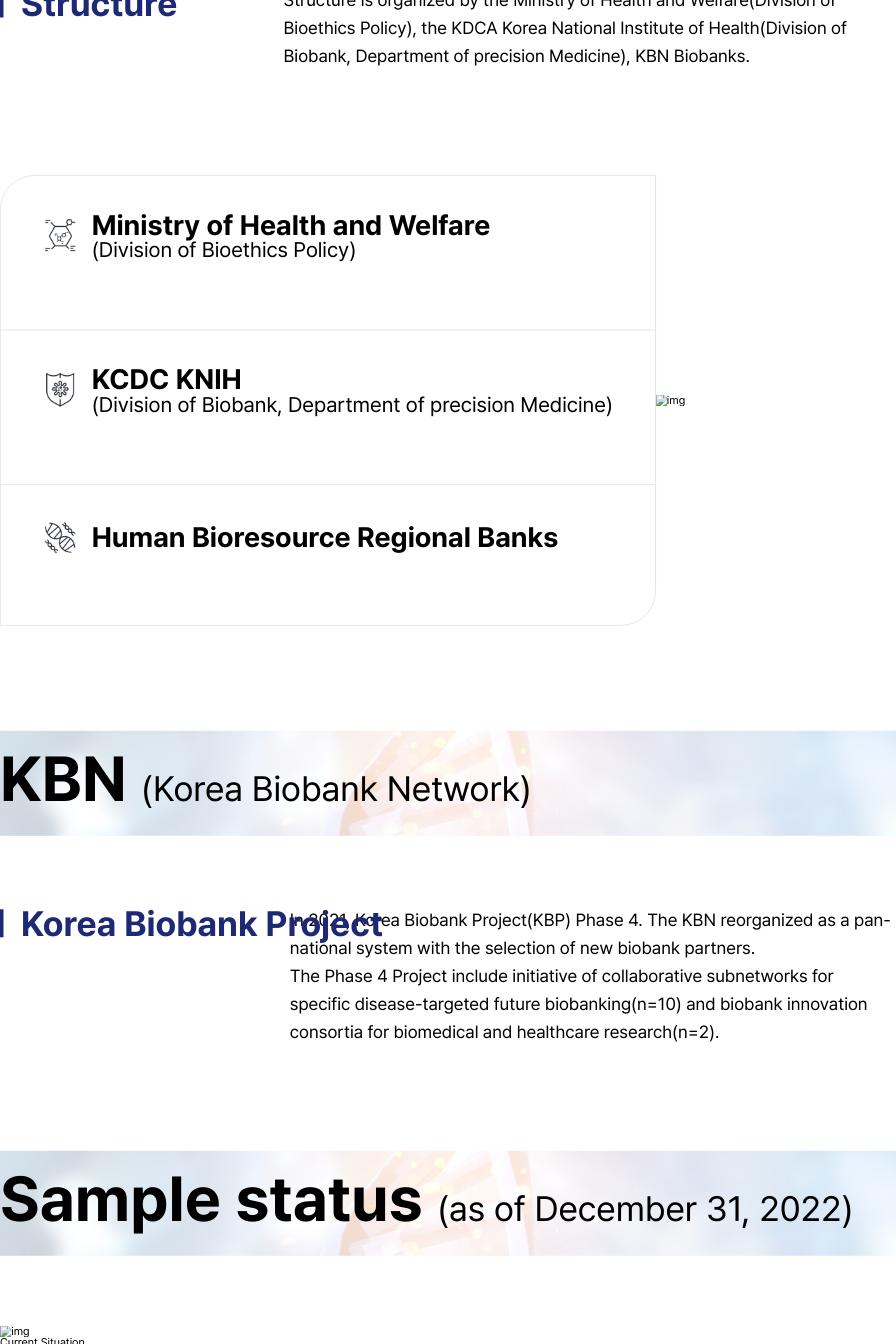
Repository: dlgywls1130/kbn_makedit
Page: index.html
An editor plug-in stored every save of this project. The page is shown before and after the next save, followed by the edit.
The browser window is 1280 px wide. The pictures show the part of the page from y = 1730 to 3650 px (the page is 5211 px tall before and 5271 px after), at 70% of full size.
Some web libraries are served in a nearby version.

Above is the page before, as saved 2023-10-15 16:35:50.

### index.html
<!DOCTYPE html>
<html lang="en">
<head>
    <meta charset="UTF-8">
    <meta name="viewport" content="width=device-width, initial-scale=1.0">
    <title>KBN</title>

    <link rel="stylesheet" href="./css/reset.css">
    <link rel="stylesheet" href="./css/style.css">

    <!-- slick css -->
    <link rel="stylesheet"  type="text/css" href="./css/slick.css">

</head>
<body>

    <!-- header -->
    <header>
        <div class="header_wrapper">
            <div class="header_logo">
                <img src="./image/logo.png" alt="logo">
            </div>
            <ul class="nav_list">
                <li><a href="#about"> About us</a></li>
                <li><a href="#kbn">KBN</a></li>
                <li><a href="#sample">Sample status</a></li>
                <li><a href="#distribution">Distribution procedure</a></li>
                <li><a href="#biobanks">KBN Biobanks</a></li>
            </ul>
            <div class="header_en">
                <div class="en_icon">
                    <img src="./image/language.png" alt="icon">
                </div>
                <p>EN</p>
            </div>
        </div>

    </header>


    <!-- main banner -->
    <section>
        <div class="main_banner">
            <div class="slide_wrap">
                <div class="slide_list first-slide">
                    <div class="slide_content">
                        <h2 class="slide_title">
                            The Biggest Disease-based
                            <Br>Human Biobank Network of Korea
                        </h2>
                        <p class="slide_sub">
                            KBN, the largest biobank network in korea, collects, manages, and holds disease-based
                            <Br>human bioresources, i.e. various samples of more than 600,000 individuals.
                        </p>
                    </div>
                </div>
                <div class="slide_list second-slide">
                    <div class="slide_content">
                        <h2 class="slide_title">
                            KBN Distribution Support Center
                        </h2>
                        <p class="slide_sub">
                            The Center provides human bioresources, and clinical and epidemiological information
                            <Br> held by KBN biobanks nationwide and actively supports the distribution.

                        </p>
                    </div>
                </div>
                <div class="slide_list three-slide">

                    <div class="slide_content">
                        <h2 class="slide_title">
                            KBN Provides On-line Searching Database
                            <Br>and Operates Distribution Support Center
                        </h2>
                        <p class="slide_sub">
                            Researchers conduct KBN human bioresource search, while the distribution support
                            <Br>center provides services customized to individual users.
                        </p>
                    </div>
                </div>
            </div>
        </div>
    </section>

    <!-- about us -->
    <section id="about">
        <div class="about_wrap">
            <div class="content_width">
                <h2 class="section_title">About us</h2>
            </div>

            <div class="about-us">
                <div class="about_content">
                    <div class="content_list mb-100">
                        <div class="list_main">
                            KBN Portal
                        </div>
                        <div class="list_descript">
                            <p class="mb-50">The Korea Biobank Network’s Human Bioresource Sharing and Access Platform, established in 2019, aims
                            to expand the accessibility of the disease-based bioresources collected through KBN and develop a
                            system to collect high-quality standard clinical information, thereby establishing a distribution support
                            system tailored to researchers.</p>

                            <p>The KBN portal is the largest shared open platform for disease-based resource owned by KBN biobanks
                            involved in KDCA(Korea Disease Control and Prevention Agency) KBP(Korea Biobank Project).
                            It discloses and shares related information including disease-based resource status, systematic search,
                            efficient distribution, and utilization outcomes to researchers in order to improve the efficient utilization of
                            national disease-based resources.</p>
                        </div>
                    </div>
                    <div class="content_list">
                        <div class="list_main">
                            Structure
                        </div>
                        <div class="list_descript">
                            <p>Structure is organized by the Ministry of Health and Welfare(Division of Bioethics Policy), the KDCA Korea
                                National Institute of Health(Division of Biobank, Department of precision Medicine), KBN Biobanks.</p>
                        </div>
                    </div>
                </div>
                <div class="about_acodian">
                    <div class="acodian_list">
                        <div class="accordion-item">
                            <h3 class="title">
                                <div class="acodian_icon">
                                    <img src="./image/about_ico1.png" alt="icon">
                                </div>
                                <p>Ministry of Health and Welfare
                                    <span>(Division of Bioethics Policy)</span>
                                </p>

                            </h3>
                            <div class="paragraph">
                                <p>▣ Overall management of National bioethics policy</p>
                                <p>▣ Korea Biobank Project related system support</p>
                            </div>
                        </div>
                        <div class="accordion-item">
                            <h3 class="title">
                                <div class="acodian_icon">
                                    <img src="/image/about_ico2.png" alt="icon">
                                </div>
                                <p>KCDC KNIH
                                    <span>(Division of Biobank, Department of precision Medicine)</span>
                                </p>

                            </h3>
                            <div class="paragraph">
                                <p>▣ KBN management (National Biobank of Korea management)</p>
                                <p>▣ Collection, management, and distribution of large-scale population-based human bioresources </p>
                                <p>▣ Human bioresource management standardization and technology development</p>
                            </div>
                        </div>
                        <div class="accordion-item">
                            <h3 class="title">
                                <div class="acodian_icon">
                                    <img src="/image/about_ico3.png" alt="icon">
                                </div>
                                <p>Human Bioresource Regional Banks</p>

                            </h3>
                            <div class="paragraph">
                                <p>▣ Collection · management · distribution of disease-based human bioresources</p>
                                <p>▣ Organiztion and operation of Korea Biobank Council</p>
                            </div>
                        </div>
                    </div>
                    <div class="acodian_circle">
                        <img src="" alt="img">
                    </div>
                </div>
            </div>
        </div>

    </section>

    <!-- kbn -->

    <section id="kbn">
        <div class="kbn_wrap">
            <div class="content_width">
                <h2 class="section_title">KBN <span>(Korea Biobank Network)</span></h2>
            </div>
            <div class="kbn_content">
                <div class="content_list">
                    <div class="list_main">
                        Korea Biobank Project
                    </div>
                    <div class="list_descript">
                        <p>In 2021, Korea Biobank Project(KBP) Phase 4. The KBN reorganized as a pan-national system with the
                            selection of new biobank partners.
                            </p>

                        <p>The Phase 4 Project include initiative of collaborative subnetworks for specific disease-targeted future
                            biobanking(n=10) and biobank innovation consortia for biomedical and healthcare research(n=2).
                            </p>
                    </div>
                </div>
                <div class="kbn_guidance_wrap">

                </div>
            </div>
        </div>

    </section>

    <!-- sample -->

    <section id="sample">
        <div class="sample_wrap">
            <div class="content_width">
                <h2 class="section_title">Sample status <span>(as of December 31, 2022)</span></h2>
            </div>
            <div class="sample_content">
                <div class="sample_list">
                    <div class="sample_list_left">
                        <div class="sample_list_icon">
                            <img src="" alt="img">
                        </div>
                        <div class="sample_list_title">
                            Current Situation
                        </div>
                    </div>
                    <div class="sample_list_right">
                        <div class="right_span">
                            <span>participants</span>
                            <p>663,254</p>
                        </div>
                        <div class="right_span">
                            <span>vials</span>
                            <p>9,062,621</p>
                        </div>
                    </div>
                </div>
                <div class="sample_list">
                    <div class="sample_list_left">
                        <div class="sample_list_icon">
                            <img src="" alt="img">
                        </div>
                        <div class="sample_list_title">
                            Distribution
                        </div>
                    </div>
                    <div class="sample_list_right">
                        <div class="right_span">
                            <span>studies</span>
                            <p>3215</p>
                        </div>
                    </div>
                </div>
                <div class="sample_list">
                    <div class="sample_list_left">
                        <div class="sample_list_icon">
                            <img src="" alt="img">
                        </div>
                        <div class="sample_list_title">
                            Utilization
                        </div>
                    </div>
                    <div class="sample_list_right">
                        <div class="right_span">
                            <span>papers</span>
                            <p>948</p>
                        </div>
                        <div class="right_span">
                            <span>patents</span>
                            <p>116</p>
                        </div>
                    </div>
                </div>
            </div>
        </div>

    </section>

    <!-- Distribution  -->
    <section id="distribution">
        <div class="distribution_wrap">
            <div class="content_width">
                <h2 class="section_title white">Distribution procedure</h2>
            </div>
            <div class="distribution_about">
                <div class="content_list">
                    <div class="list_main">
                        Procedure
                    </div>
                    <div class="list_descript">
                        <p>KBN Human bioresources application procedure for distribution.</p>

                        <p>KBN distributes the collected human bioresources to researchers for domestic healthcare R&D.
                            For access to, researcher(s) residing in Korea and carrying out a research project that has obtained IRB
                            approval(or exemption) can apply for access to human bioresource distribution, and if approved by the
                            Access and Sharing Committee, the bioresources are released.
                        </p>
                    </div>
                </div>
                <div class="text_slide">

                </div>
            </div>
        </div>
    </section>

    <!-- Biobanks  -->
    <section id="biobanks">
        <div class="biobank_wrap">
            <div class="content_width">
                <h2 class="section_title">KBN Biobanks <span>- targeted diseases</span></h2>
            </div>
            <div class="biobank_content">
                <div class="biobank_tab">

                </div>

            </div>
        </div>

    </section>

    <!-- logo slide -->
    <section>
        <div class="logo_loop">

        </div>
    </section>

    <!-- footer -->
    <footer>
        <div class="footer_wrap">
            <div class="footer_left">
                <h3 class="footer_title">
                    CONTACT US
                </h3>

                <div class="footer_contain">
                    <ul>
                        <li class="footer_text">kbnysvc@gmail.com</li>
                        <li class="footer_phone">+82 -31-546-2715</li>
                        <li class="footer_text">Monday-Friday 8:30am ~ 5:30pm</li>
                        <li class="footer_text">(Saturday and Sunday, Holidays : ClOSED)</li>
                    </ul>
                    <ul>
                        <li><img src="" alt="icon"></li>
                        <li><img src="" alt="icon"></li>
                    </ul>
                </div>

                <p>Yongin Severance Hospital 363, Dongbaekjukjeon-daero, Giheung-gu, Yongin-si, Gyeonggi-do 16995, Republic of Korea</p>
            </div>

            <div class="footer_right">
                <div class="right_top">
                    <h3 class="footer_title">
                        SOCIAL LINKS
                    </h3>
                    <div class="footer_sns">
                        <a href="" class="link_sns">
                            <img src="" alt="sns">
                        </a>
                        <a href="" class="link_sns">
                            <img src="" alt="sns">
                        </a>
                        <a href="" class="link_sns">
                            <img src="" alt="sns">
                        </a>

                    </div>
                </div>
                <div class="right_bottom">
                    <h3 class="footer_title">
                        RELATED SITE
                    </h3>
                    <div class="link_site">
                        <a href="" class="site_link">
                            <img src="" alt="link">
                        </a>
                        <a href="" class="site_link">
                            <img src="" alt="link">
                        </a>

                    </div>
                </div>

            </div>
        </div>
        <div class="footer_copy">
            <p>YONSEI UNIVERSITY, YONGIN SEVERANCE HOSPITAL. ALL RIGHTS RESERVED </p>
            <div class="copy_right">
                <p>Personal information processing policy</p>
                <p>Terms and Conditions</p>
            </div>
        </div>
    </footer>


    <script type="text/javascript" src="//code.jquery.com/jquery-1.11.0.min.js"></script>
    <script src="./js/slick.min.js"></script>
    <script src="./js/main.js"></script>
</body>
</html>

### css/style.css
:root{
    --main-text:#1D2974;
    --black-text:#000;
}


/* common */

body{
    font-family: 'pretendard',sans-serif ;
}

/* font */
@font-face {
    font-family: pretendard;
    src: url('/font/Pretendard-Regular.woff2') format('woff2'),
    url('/font/Pretendard-Regular.woff') format('woff'),
    url('/font/Pretendard-Regular.ttf') format('ttf'),
    url('/font/Pretendard-Regular.otf') format('otf');
    font-weight: 400;
}

@font-face {
    font-family: pretendard;
    src: url('/font/Pretendard-Medium.woff2') format('woff2'),
    url('/font/Pretendard-Medium.woff') format('woff'),
    url('/font/Pretendard-Medium.ttf') format('ttf'),
    url('/font/Pretendard-Medium.otf') format('otf');
    font-weight: 500;
}

@font-face {
    font-family: pretendard;
    src: url('/font/Pretendard-Bold.woff2') format('woff2'),
    url('/font/Pretendard-Bold.woff') format('woff'),
    url('/font/Pretendard-Bold.ttf') format('ttf'),
    url('/font/Pretendard-Bold.otf') format('otf');
    font-weight: 700;
}


section{margin-bottom:150px;}

.section_title{
    font-size: 90px;
    font-weight: 700;
    line-height:40px;
    max-width: 1680px;
    width: 100%;
    margin: 0 auto;
}

.section_title span{
    font-weight: 300;
    font-size: 50px;
}

.content_width{
    width: 100%;
    height: 150px;
    background:url('/image/title_back.jpg');
    background-repeat: no-repeat;
    background-size:cover;
    margin-bottom: 100px;
    display: flex;
    align-items: center;
}

.content_list {
    display: flex;
    align-items: flex-start;
    justify-content: space-between;
}

.content_list .list_main{
    position: relative;
    width: 30%;
    font-size: 50px;
    font-weight: 700;
    color: var(--main-text);
    white-space: nowrap;
    padding-left: 30px;
}

.content_list .list_main::before{
    position: absolute;
    content: '';
    left: 0;
    top: 50%;
    transform: translate(0,-50%);
    height: 40px;
    width: 5px;
    background: var(--main-text);
}

.content_list .list_descript{
    width: 70%;
}

.content_list .list_descript p{
    font-size: 25px;
    font-weight: 300;
    line-height: 40px;
}


/* common margin */

.mb-50{margin-bottom: 50px;}
.mb-100{margin-bottom: 100px;}


/* header */

header{
    position: fixed;
    top: 0;
    left: 0;
    background: #fff;
    width: 100%;
    height: 138px;
    padding: 28px 0;
    box-sizing: border-box;
    z-index: 9;
}

.header_wrapper{
    max-width: 1680px;
    width: 100%;
    margin: 0 auto;
    display: flex;
    align-items: center;
    justify-content: space-between;
}

.header_logo{
    width: 250px;
    height: 80px;
}

.header_logo img{
    width: 100%;
    height: 100%;
    object-fit: contain;
}

.header_wrapper .nav_list{
    display: flex;
}

.header_wrapper .nav_list li{
    padding: 0 50px;
}

.header_wrapper .nav_list li a{
    font-size: 25px;
    font-weight: 500;
    line-height: 0.03em;
    text-decoration: none;
    color:var(--black-text);
}

.header_en{display: flex; align-items: center;}

.header_en .en_icon{
    width: 24px;
    height: 24px;
}

.header_en .en_icon img{
    width: 100%;
    height: 100%;
    object-fit: contain;
}

.header_en p{
    margin-left: 8px;
    font-size: 20px;
    font-weight: 700;
}

/* main_banner */

.slide_wrap .slide_list{
    width: 100%;
    height: 100vh;
    position: relative;
}

.slide_wrap .slide_list.first-slide{
    background: url('/image/main_slide1.jpg');
    background-repeat: no-repeat;
    background-position: right center;
    background-size: cover;
}

.slide_wrap .slide_list.second-slide{
    background: url('/image/main_slide2.jpg');
    background-repeat: no-repeat;
    background-position: center center;
    background-size: cover;
}

.slide_wrap .slide_list.three-slide{
    background: url('/image/main_slide3.jpg');
    background-repeat: no-repeat;
    background-position: left center;
    background-size: cover;
}

.slide_content{
width: 100%;
position: absolute;
right: 8%;
top: 40%;
transform: translate(0,-50%);
}

.slide_content .slide_title{
    font-size: 60px;
    font-weight: 700;
    color: #fff;
    letter-spacing: 0.07em;
    text-align: right;
}

.slide_content .slide_sub{
    font-size: 25px;
    font-weight: 400;
    color: #fff;
    letter-spacing: 0.04em;
    text-align: right;
    margin-top: 40px;
}

.slick-dots{
    display: flex!important;
    align-items: center;
    position: absolute;
    top: 65%;
    right: 8%;
    column-gap: 30px;
}

.slick-dots button {
    color: rgba(2255,255,255,0.45);
    background:none;
    border-bottom:5px solid rgba(255,255,255,0.45);
    font-size: 25px;
    font-weight: 700;
    padding-bottom: 15px;
    border-top: none;
    border-left: none;
    border-right: none;
    box-shadow: none;
    outline: none;
}

.slick-dots button:hover,
.slick-dots .slick-active button {
    border-bottom:5px solid rgba(255,255,255,1);
    color: rgba(255,255,255,1);
}

.slick-arrow{
position: absolute;
top: 55%;

}

.slick-next{
    right: 8%;
    transform: rotate(45deg);
}

.slick-prev{
    right: 10%;
    z-index: 1;
    transform: rotate(225deg);
}

.arrow{
    width: 30px; /* 사이즈 */
    height: 30px; /* 사이즈 */
    border-top: 8px solid #fff; /* 선 두께 */
    border-right: 8px solid #fff; /* 선 두께 */
}


/* about us */
.about-us{
    max-width: 1680px;
    margin: 0 auto;
}

.about_content{
    margin-bottom: 150px;
}

.about_acodian{
    display: flex;
    align-items: center;
}

.acodian_list{
    box-sizing: border-box;
    height: auto;
    border: 1px solid #DCDCDC;
    border-radius: 50px 0;
}

.accordion-item{
    padding: 50px 60px;
    border-bottom: 1px solid #DCDCDC;
}

.accordion-item:last-child{
    border-bottom: none;
}
.accordion-item .title{
 display: flex;
 align-items: center;
 padding-bottom: 50px;
 cursor: pointer;
}



.accordion-item .title p{
    font-size: 40px;
    font-weight: 700;
    color: #000;
    margin-left: 20px;
}

.accordion-item .title p span{
    font-size: 30px;
    font-weight: 300;
    display: block;
}

.accordion-item .acodian_icon{
    width: 50px;
    height: 50px;
}

.accordion-item .acodian_icon img{
    width: 100%;
    height: 100%;
}

.accordion-item .paragraph{
    display: none;
    font-size: 30px;
    font-weight: 300;
    line-height: 40px;
    color: #fff;
}

.accordion-item:nth-child(1).active{
    background-color: #1E2B75;
    border-radius: 50px 0 0 0;
}

.accordion-item:nth-child(2).active{
    background-color: #4D9FBD;
}

.accordion-item:nth-child(3).active{
    background-color: #6A9ED5;
    border-radius: 0 0 50px 0;
}

.accordion-item.active .title p{
    color: #fff;
}

.accordion-item.active .paragraph {
    display: block;
    padding: 74px 114px 142px 67px;
}

Loaded but not shown: css/reset.css (common file); css/slick.css (common file); js/slick.min.js (library); js/main.js (33 lines, source omitted)

After the next save:
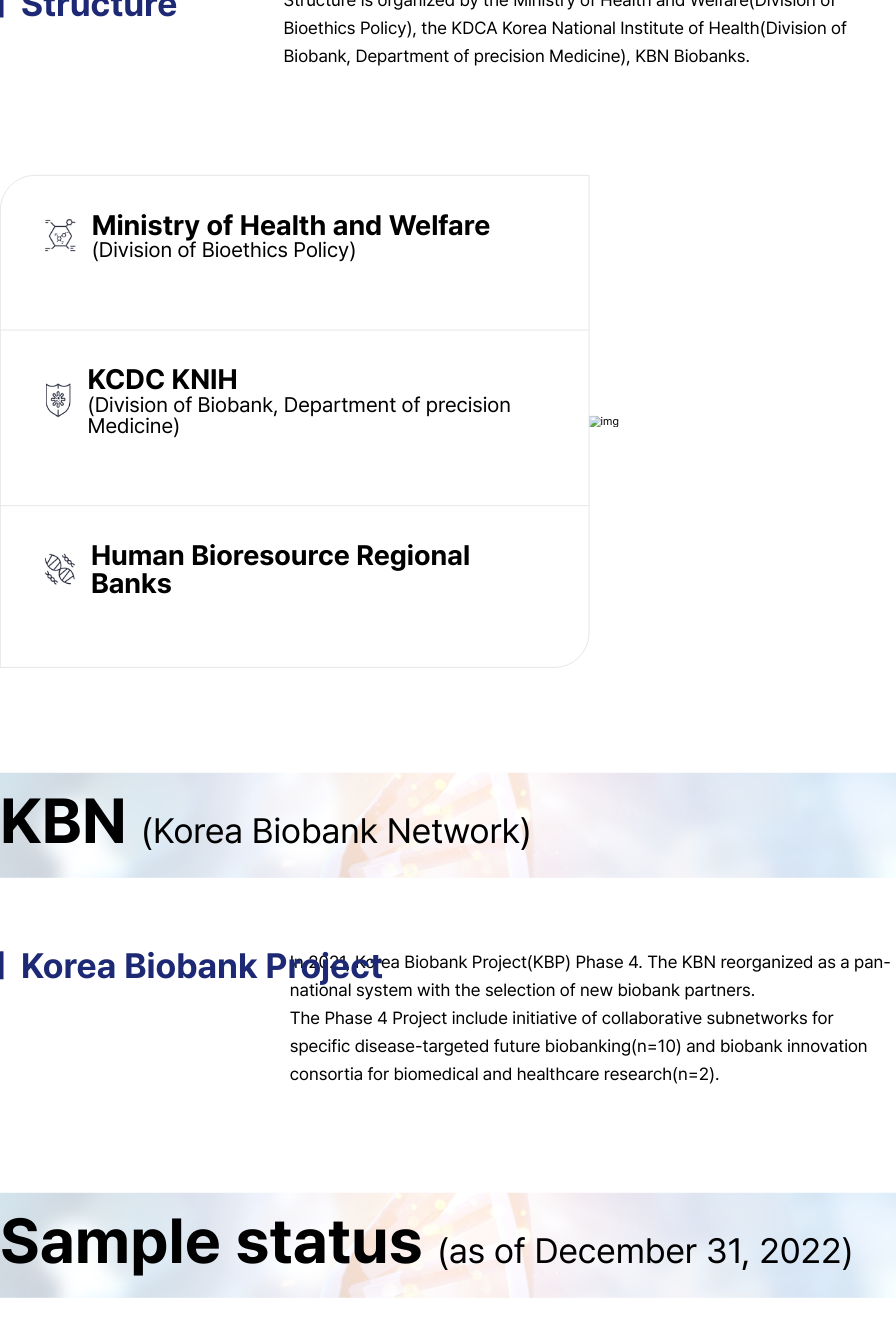
Saved 76 s later.
--- a/css/style.css
+++ b/css/style.css
@@ -312,6 +312,8 @@
 .accordion-item{
     padding: 50px 60px;
     border-bottom: 1px solid #DCDCDC;
+    max-width: 840px;
+    box-sizing: border-box;
 }
 
 .accordion-item:last-child{
